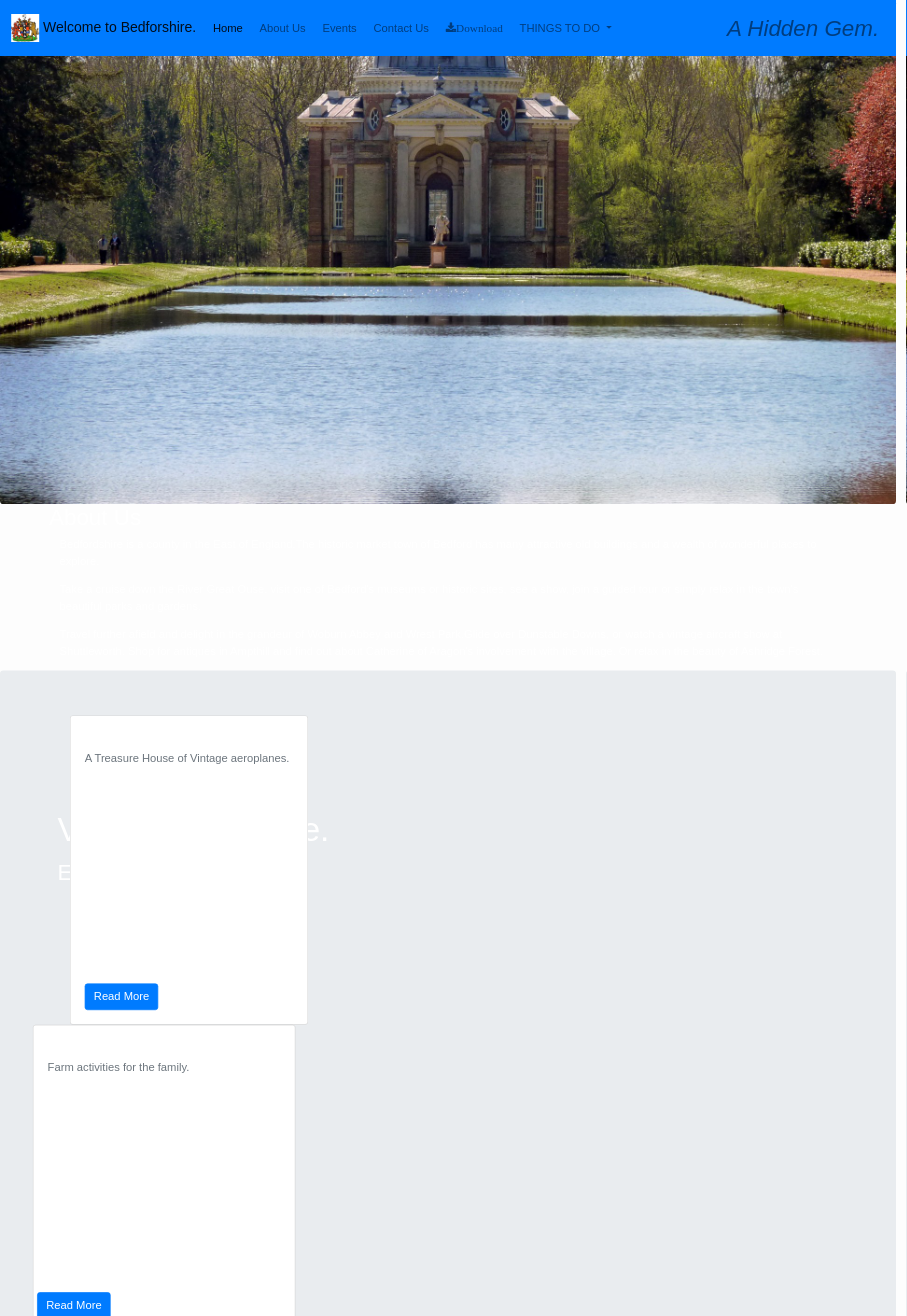
Repository: margaretalice/wrest
Page: index.html
The author's editor kept a record of every edit. The page is drawn from the files as they stood at one moment, then again after the next edit.
The browser window is 1280 px wide. The page is 1295 px wide, so the pictures cover 1295 px, including what lies to the right of the window. The pictures show the part of the page from y = 0 to 1880 px (the page is 5124 px tall), at 70% of full size.
Backgrounds fixed to the window are drawn as part of the page.

Above is the page before.

After the next edit:
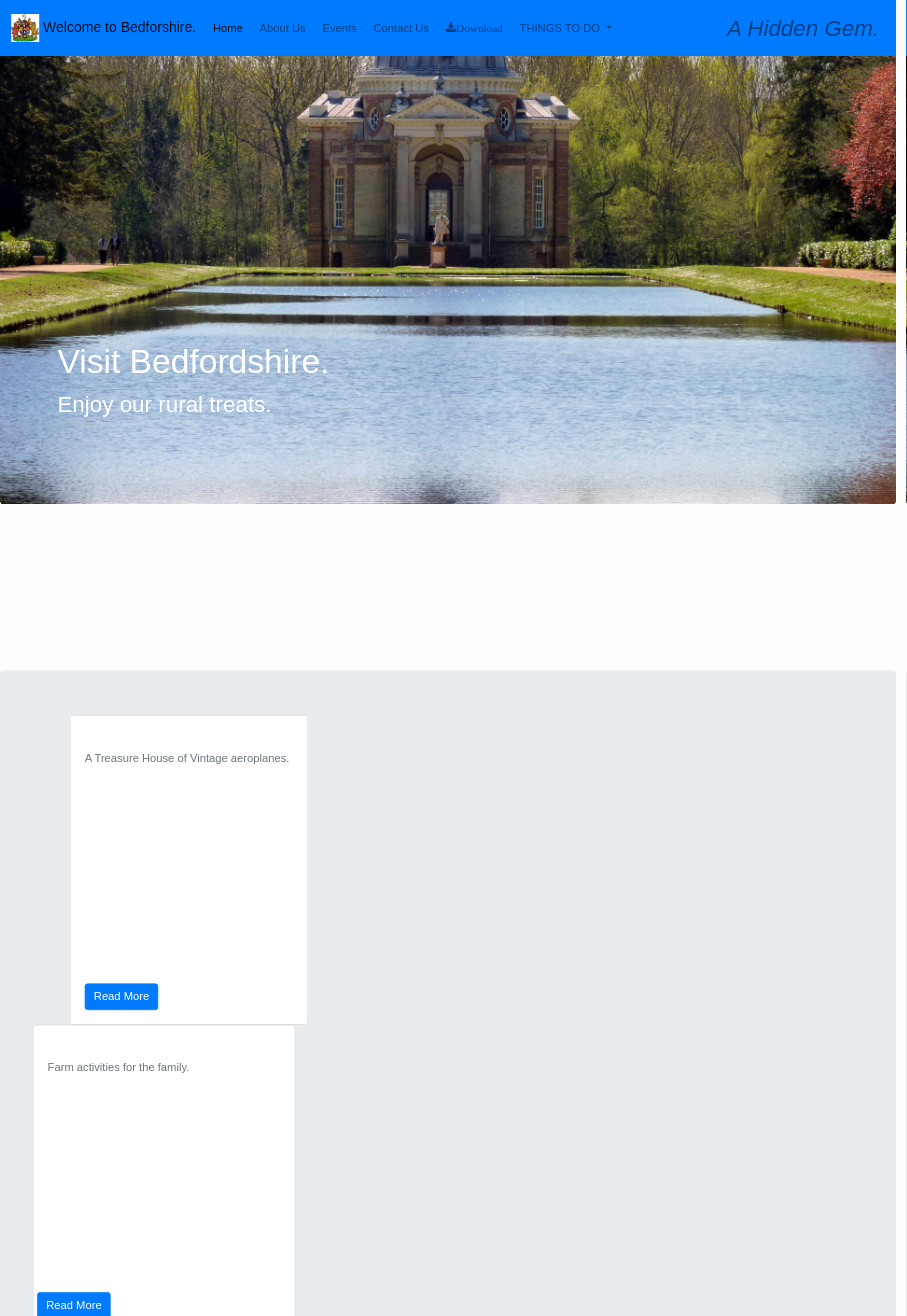
The edit:
--- a/assets/css/style.css
+++ b/assets/css/style.css
@@ -39,7 +39,7 @@
 
 h1 {
 
-    padding-top: 85%;
+    padding-top:25%;
 
 
     font-size: 3em;
